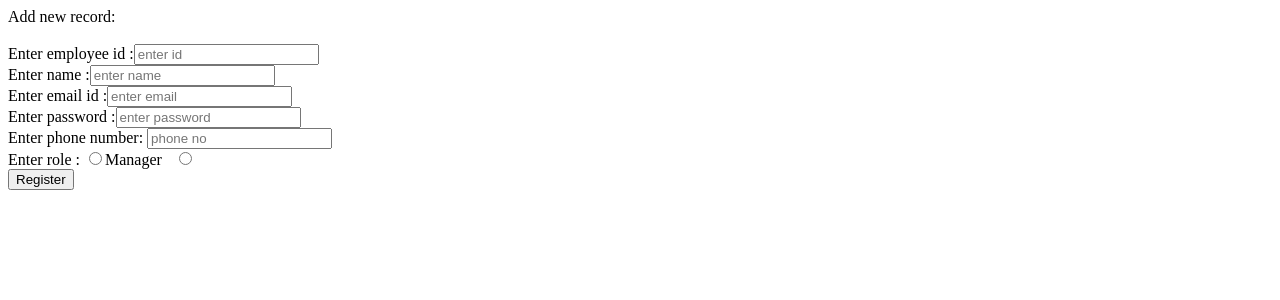
Repository: saurabh836/fullstackprojects
Page: http://localhost/Employee_SkillSet/insert.jsp
An editor plug-in stored every save of this project. The page is shown before and after the next save, followed by the edit.
The browser window is 1280 px wide. The pictures show the whole page.
The page is served by Tomcat 9.

Above is the page before, as saved 2018-07-26 18:24:02.

After the next save:
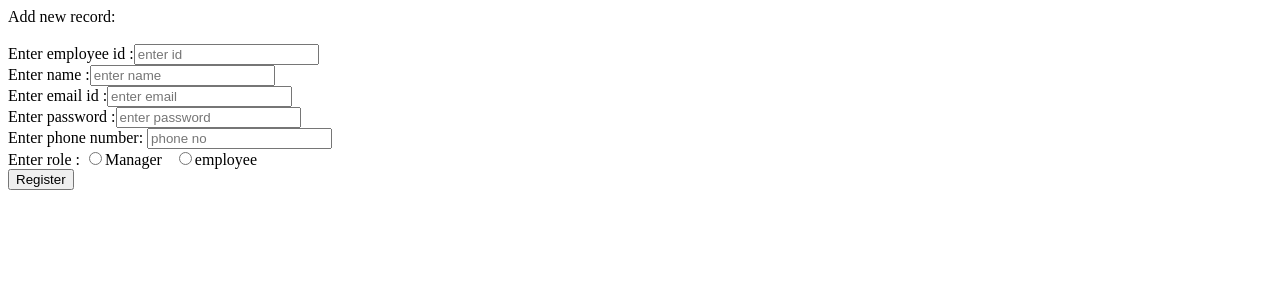
Saved 15 min 48 s later.
--- a/Employee_SkillSet/WebContent/insert.jsp
+++ b/Employee_SkillSet/WebContent/insert.jsp
@@ -15,7 +15,7 @@ Enter name :<input type="text" name="empname"  placeholder="enter name" /><br/>
 Enter email id :<input type="text" name="emailid"  placeholder="enter email" /><br/>
 Enter password :<input type="password" name="password"  placeholder="enter password" /><br/>
 Enter phone number: <input type="text" name="phoneno"  placeholder="phone no" /><br/>
-Enter role : <input type="radio" name="role" value="manager" />Manager&nbsp;&nbsp; <input type="radio" name="role" value="employee" /><br/>
+Enter role : <input type="radio" name="role" value="manager" />Manager&nbsp;&nbsp; <input type="radio" name="role" value="employee" />employee<br/>
 <input type="submit" value="Register" />
 </form>
 </body>
